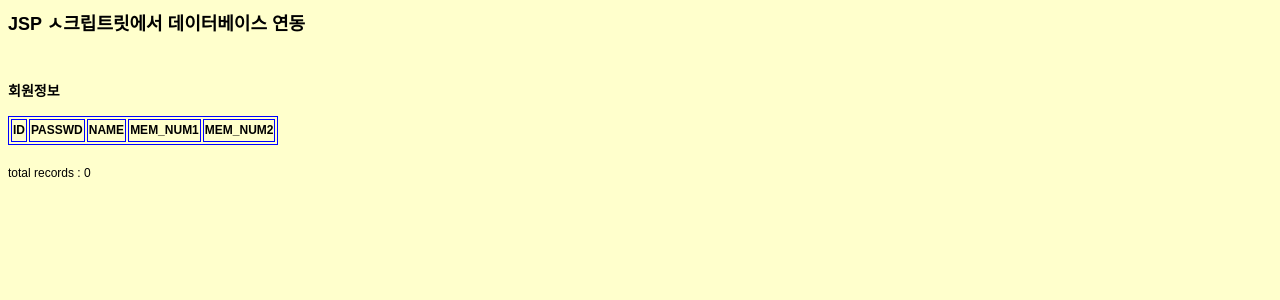
Repository: sgnq008-tech/JSP
Page: http://localhost/WebProject/jdbc/usingJDBC.jsp
These files come from the project's save history. The page is drawn as it stood at one moment and after the next save; the edit follows.
The browser window is 1280 px wide. The pictures show the whole page.
The page is served by Tomcat 9. Other server files are loaded and not shown. Queries for data that is not in the repository find no rows.

Above is the page before, as saved 2026-09-14 01:54:01.

### jsp_workspace/WebProject/src/main/webapp/jdbc/usingJDBC.jsp
<%@page import="org.apache.jasper.tagplugins.jstl.core.Catch"%>
<%@ page language="java" contentType="text/html; charset=UTF-8"
    pageEncoding="UTF-8" import="java.sql.*"%>
<%
 Class.forName("oracle.jdbc.driver.OracleDriver");
Connection con = null;
Statement stmt = null;
ResultSet rs = null;

String id = "",
passwd ="",
name="",
mem_num1="",
mem_num2="",
e_mail="",
phone="",
zipcode="",
address="",
job="";

int counter=0;


try {
	con = DriverManager.getConnection("jdbc:oracle:thin:@localhost:1521:orcl","scott", "tiger");
	stmt = con.createStatement();
	String sql="select * from tempmember";

	rs = stmt.executeQuery(sql);
	%>

<!DOCTYPE html>
<html>
<head>
<meta charset="UTF-8">
<title>JSP에서 데이터베이스 연동</title>
<link href="style.css" rel="stylesheet" type="text/css">
</head>
<body bgcolor="#ffffcc">
<h2>JSP ㅅ크립트릿에서 데이터베이스 연동</h2><br>
<h3>회원정보</h3>
<table bordercolor="#0000ff" border="1">
<tr>
        <td><strong>ID</strong></td>
        <td><strong>PASSWD</strong></td>
        <td><strong>NAME</strong></td>
        <td><strong>MEM_NUM1</strong></td>
        <td><strong>MEM_NUM2</strong></td>
</tr>
</table>
<br>
total records : <%=counter %>

<%}catch(SQLException ss){
	ss.printStackTrace();
}catch(Exception ee){
	ee.printStackTrace();
}finally {
	if(rs != null)
		try {
			rs.close();
		}catch(SQLException s){
			s.printStackTrace();
		}

	if(rs != null)
		try {
			rs.close();
		}catch(SQLException s){
			s.printStackTrace();
		}

	if(rs != null)
		try {
			rs.close();
		}catch(SQLException s){
			s.printStackTrace();
		}
}
%>

</body>
</html>

### jsp_workspace/WebProject/src/main/webapp/jdbc/style.css
@charset "UTF-8";
body {
	font-size: 9pt;
	color: black;
	line-height: 160%;
	font-family: sans-serif;
}

td {
	font-size: 9pt;
	color: black;
	line-height: 160%;
	font-family: sans-serif;
}

select {
	font-size: 9pt;
	color: black;
	line-height: 160%;
	font-family: sans-serif;
}

div {
	font-size: 9pt;
	color: black;
	line-height: 160%;
	font-family: sans-serif;
}

form {
	font-size: 9pt;
	color: black;
	line-height: 160%;
	font-family: sans-serif;
}

textarea {
	border-right: 1px solid #999999;
	border-top: 1px solid #999999;
	border-left: 1px solid #999999;
	border-bottom: 1px solid #999999;
	font-family: sans-serif;
	background-color: white;
}

input {
	border-right: 1px solid #999999;
	border-top: 1px solid #999999;
	border-left: 1px solid #999999;
	border-bottom: 1px solid #999999;
	font-family: sans-serif;
	background-color: white;
}

a:link{ text-decoration: none; color: #696969;}
a:hover{ text-decoration: yes; color: #66CCFF;}
a:visited{ text-decoration: none; color: #330066;}

After the next save:
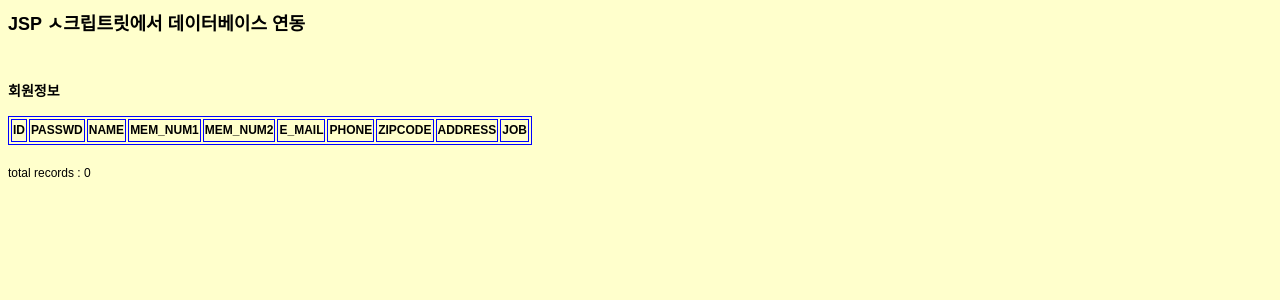
Saved 54 s later.
--- a/jsp_workspace/WebProject/src/main/webapp/jdbc/usingJDBC.jsp
+++ b/jsp_workspace/WebProject/src/main/webapp/jdbc/usingJDBC.jsp
@@ -46,6 +46,11 @@
         <td><strong>NAME</strong></td>
         <td><strong>MEM_NUM1</strong></td>
         <td><strong>MEM_NUM2</strong></td>
+        <td><strong>E_MAIL</strong></td>
+        <td><strong>PHONE</strong></td>
+        <td><strong>ZIPCODE</strong></td>
+        <td><strong>ADDRESS</strong></td>
+        <td><strong>JOB</strong></td>
 </tr>
 </table>
 <br>
